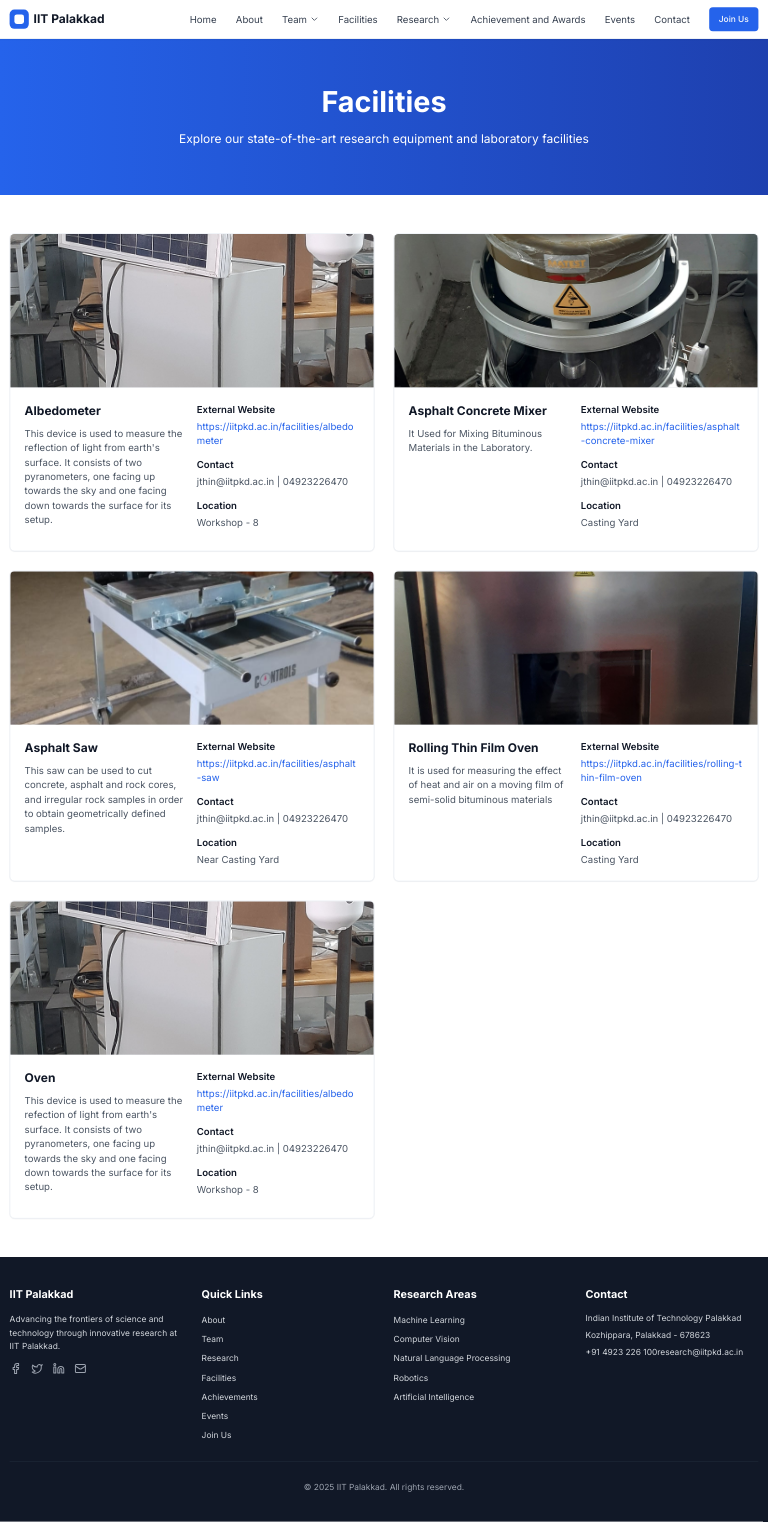
Repository: Gopikrish-30/ARISE
Page: /facilities
The author's editor kept a copy of each file at every save. The page is drawn from the files as they stood at one save, then again after the next save.
The browser window is 1280 px wide. The pictures show the whole page, at 60% of full size.
The project was rebuilt for these pictures with package versions that can differ from the ones it lists, and the page was loaded fresh each time. The framework's server and built-in components were replaced by stand-ins that run in the browser. Also part of the build but not shown: next.config.mjs.

Above is the page before, as saved 2025-06-27 22:51:44.

### app/layout.tsx
import type React from "react"
import type { Metadata } from "next"
import { Inter } from "next/font/google"
import "./globals.css"
import { Navbar } from "@/components/navbar"
import { Footer } from "@/components/footer"

const inter = Inter({ subsets: ["latin"] })

export const metadata: Metadata = {
  title: "IIT Palakkad - Department Showcase",
  description: "Advancing the frontiers of science and technology through innovative research at IIT Palakkad",
}

export default function RootLayout({
  children,
}: {
  children: React.ReactNode
}) {
  return (
    <html lang="en">
      <body className={inter.className}>
        <Navbar />
        <main className="min-h-screen">{children}</main>
        <Footer />
      </body>
    </html>
  )
}

### app/facilities/page.tsx
"use client"

import { Button } from "@/components/ui/button"
import { Card, CardContent } from "@/components/ui/card"
import { Badge } from "@/components/ui/badge"
import { Eye } from "lucide-react"
import { useState } from "react"

export default function FacilitiesPage() {
  const facilities = [
    {
      title: "Albedometer",
      description: "This device is used to measure the reflection of light from earth's surface. It consists of two pyranometers, one facing up towards the sky and one facing down towards the surface for its setup.",
      image: "/facilities/Albedometer_0.jpg?height=250&width=400&text=HPC+Cluster",
      externalLink: "https://iitpkd.ac.in/facilities/albedometer",
      contact: "jthin@iitpkd.ac.in | 04923226470",
      location: "Workshop - 8",
    },

    {
      title: "Asphalt Concrete Mixer",
      description: "It Used for Mixing Bituminous Materials in the Laboratory.",
      image: "/facilities/Asphalt-concrete-mixer.jpg?height=250&width=400&text=HPC+Cluster",
      externalLink: "https://iitpkd.ac.in/facilities/asphalt-concrete-mixer",
      contact: "jthin@iitpkd.ac.in | 04923226470",
      location: "Casting Yard",
    },

    {
      title: "Asphalt Saw",
      description: "This saw can be used to cut concrete, asphalt and rock cores, and irregular rock samples in order to obtain geometrically defined samples.",
      image: "/facilities/Asphalt saw.jpg?height=250&width=400&text=HPC+Cluster",
      externalLink: "https://iitpkd.ac.in/facilities/asphalt-saw",
      contact: "jthin@iitpkd.ac.in | 04923226470",
      location: "Near Casting Yard",
    },

    {
      title: "Rolling Thin Film Oven",
      description: "It is used for measuring the effect of heat and air on a moving film of semi-solid bituminous materials",
      image: "/facilities/RTFO.jpg?height=250&width=400&text=HPC+Cluster",
      externalLink: "https://iitpkd.ac.in/facilities/rolling-thin-film-oven",
      contact: "jthin@iitpkd.ac.in | 04923226470",
      location: "Casting Yard",
    },

    {
      title: "Oven",
      description: "This device is used to measure the refection of light from earth's surface. It consists of two pyranometers, one facing up towards the sky and one facing down towards the surface for its setup.",
      image: "/facilities/Albedometer_0.jpg?height=250&width=400&text=HPC+Cluster",
      externalLink: "https://iitpkd.ac.in/facilities/albedometer",
      contact: "jthin@iitpkd.ac.in | 04923226470",
      location: "Workshop - 8",
    },

  ]

  // Removed categories and filtering as per user request


  const handleViewDetails = (facility: any) => {
    // Navigate to detailed facility page or open modal
    window.location.href = `/facilities/${facility.title.toLowerCase().replace(/\s+/g, "-")}`
  }

  const handleBookFacility = (facility: any) => {
    // Open booking form or navigate to booking page
    const subject = encodeURIComponent(`Facility Booking Request - ${facility.title}`)
    const body = encodeURIComponent(
      `I would like to book the ${facility.title} facility.\n\nDetails:\n- Purpose: \n- Date: \n- Duration: \n\nBest regards,`,
    )
    window.location.href = `mailto:facilities@iitpkd.ac.in?subject=${subject}&body=${body}`
  }

  const filteredFacilities = facilities

  return (
    <div className="bg-white min-h-screen">
      {/* Hero Section */}
      <section className="bg-gradient-to-r from-blue-600 to-blue-800 text-white py-20">
        <div className="container mx-auto px-4 text-center">
          <h1 className="text-4xl md:text-5xl font-bold mb-6">Facilities</h1>
          <p className="text-xl max-w-3xl mx-auto">
            Explore our state-of-the-art research equipment and laboratory facilities
          </p>
        </div>
      </section>

      {/* Facilities Content */}
      <section className="py-16">
        <div className="container mx-auto px-4">


          {/* Facilities Grid */}
          <div className="grid md:grid-cols-2 gap-8">
            {filteredFacilities.map((facility, index) => (
              <Card key={index} className="overflow-hidden group hover:shadow-lg transition-shadow">
                <div className="h-64 bg-gray-200 relative overflow-hidden">
                  <a href={facility.image || "/placeholder.svg"} target="_blank" rel="noopener noreferrer">
                    <img
                      src={facility.image || "/placeholder.svg"}
                      alt={facility.title}
                      className="w-full h-full object-cover group-hover:scale-110 transition-transform duration-300"
                    />
                  </a>
                </div>

                  <CardContent className="p-6 grid grid-cols-1 md:grid-cols-2 gap-4">
                    <div>
                      <h3 className="text-xl font-bold text-gray-900 mb-3">{facility.title}</h3>
                      <p className="text-gray-600 mb-4">{facility.description}</p>



                    </div>

                    <div className="space-y-4">
                      <div>
                        <h4 className="font-semibold text-gray-900 mb-1">External Website</h4>
                        <a
                          href={facility.externalLink}
                          target="_blank"
                          rel="noopener noreferrer"
                          className="text-blue-600 hover:underline break-all"
                        >
                          {facility.externalLink}
                        </a>
                      </div>

                      <div>
                        <h4 className="font-semibold text-gray-900 mb-1">Contact</h4>
                        <p className="text-gray-600 break-all">{facility.contact}</p>
                      </div>

                      <div>
                        <h4 className="font-semibold text-gray-900 mb-1">Location</h4>
                        <p className="text-gray-600">{facility.location}</p>
                      </div>
                  </div>
                </CardContent>
              </Card>
            ))}
          </div>
        </div>
      </section>
    </div>
  )
}

### app/globals.css
@tailwind base;
@tailwind components;
@tailwind utilities;

@layer base {
  :root {
    --background: 0 0% 100%;
    --foreground: 222.2 84% 4.9%;
    --card: 0 0% 100%;
    --card-foreground: 222.2 84% 4.9%;
    --popover: 0 0% 100%;
    --popover-foreground: 222.2 84% 4.9%;
    --primary: 221.2 83.2% 53.3%;
    --primary-foreground: 210 40% 98%;
    --secondary: 210 40% 96%;
    --secondary-foreground: 222.2 84% 4.9%;
    --muted: 210 40% 96%;
    --muted-foreground: 215.4 16.3% 46.9%;
    --accent: 210 40% 96%;
    --accent-foreground: 222.2 84% 4.9%;
    --destructive: 0 84.2% 60.2%;
    --destructive-foreground: 210 40% 98%;
    --border: 214.3 31.8% 91.4%;
    --input: 214.3 31.8% 91.4%;
    --ring: 221.2 83.2% 53.3%;
    --radius: 0.5rem;
  }

  .dark {
    --background: 222.2 84% 4.9%;
    --foreground: 210 40% 98%;
    --card: 222.2 84% 4.9%;
    --card-foreground: 210 40% 98%;
    --popover: 222.2 84% 4.9%;
    --popover-foreground: 210 40% 98%;
    --primary: 217.2 91.2% 59.8%;
    --primary-foreground: 222.2 84% 4.9%;
    --secondary: 217.2 32.6% 17.5%;
    --secondary-foreground: 210 40% 98%;
    --muted: 217.2 32.6% 17.5%;
    --muted-foreground: 215 20.2% 65.1%;
    --accent: 217.2 32.6% 17.5%;
    --accent-foreground: 210 40% 98%;
    --destructive: 0 62.8% 30.6%;
    --destructive-foreground: 210 40% 98%;
    --border: 217.2 32.6% 17.5%;
    --input: 217.2 32.6% 17.5%;
    --ring: 224.3 76.3% 94.1%;
  }
}

@layer base {
  * {
    @apply border-border;
  }
  body {
    @apply bg-background text-foreground;
  }
}

@layer utilities {
  .line-clamp-3 {
    display: -webkit-box;
    -webkit-line-clamp: 3;
    -webkit-box-orient: vertical;
    overflow: hidden;
  }
}

### components/footer.tsx
"use client"

import Link from "next/link"
import { Facebook, Twitter, Linkedin, Mail } from "lucide-react"

export function Footer() {
  const handleSocialClick = (platform: string) => {
    const socialLinks = {
      facebook: "https://facebook.com/iitpalakkad",
      twitter: "https://twitter.com/iitpalakkad",
      linkedin: "https://linkedin.com/school/iit-palakkad",
      email: "mailto:info@iitpkd.ac.in",
    }

    if (platform === "email") {
      window.location.href = socialLinks.email
    } else {
      window.open(socialLinks[platform], "_blank", "noopener,noreferrer")
    }
  }

  return (
    <footer className="bg-gray-900 text-white">
      <div className="container mx-auto px-4 py-12">
        <div className="grid md:grid-cols-4 gap-8">
          {/* About */}
          <div>
            <h3 className="text-lg font-bold mb-4">IIT Palakkad</h3>
            <p className="text-gray-300 text-sm leading-relaxed mb-4">
              Advancing the frontiers of science and technology through innovative research at IIT Palakkad.
            </p>
            <div className="flex space-x-4">
              <Facebook
                className="w-5 h-5 text-gray-400 hover:text-white cursor-pointer transition-colors"
                onClick={() => handleSocialClick("facebook")}
              />
              <Twitter
                className="w-5 h-5 text-gray-400 hover:text-white cursor-pointer transition-colors"
                onClick={() => handleSocialClick("twitter")}
              />
              <Linkedin
                className="w-5 h-5 text-gray-400 hover:text-white cursor-pointer transition-colors"
                onClick={() => handleSocialClick("linkedin")}
              />
              <Mail
                className="w-5 h-5 text-gray-400 hover:text-white cursor-pointer transition-colors"
                onClick={() => handleSocialClick("email")}
              />
            </div>
          </div>

          {/* Quick Links */}
          <div>
            <h3 className="text-lg font-bold mb-4">Quick Links</h3>
            <ul className="space-y-2">
              <li>
                <Link href="/about" className="text-gray-300 hover:text-white text-sm">
                  About
                </Link>
              </li>
              <li>
                <Link href="/team" className="text-gray-300 hover:text-white text-sm">
                  Team
                </Link>
              </li>
              <li>
                <Link href="/research" className="text-gray-300 hover:text-white text-sm">
                  Research
                </Link>
              </li>
              <li>
                <Link href="/facilities" className="text-gray-300 hover:text-white text-sm">
                  Facilities
                </Link>
              </li>
              <li>
                <Link href="/achievements" className="text-gray-300 hover:text-white text-sm">
                  Achievements
                </Link>
              </li>
              <li>
                <Link href="/events" className="text-gray-300 hover:text-white text-sm">
                  Events
                </Link>
              </li>
              <li>
                <Link href="/join-us" className="text-gray-300 hover:text-white text-sm">
                  Join Us
                </Link>
              </li>
            </ul>
          </div>

          {/* Research Areas */}
          <div>
            <h3 className="text-lg font-bold mb-4">Research Areas</h3>
            <ul className="space-y-2">
              <li>
                <span className="text-gray-300 text-sm">Machine Learning</span>
              </li>
              <li>
                <span className="text-gray-300 text-sm">Computer Vision</span>
              </li>
              <li>
                <span className="text-gray-300 text-sm">Natural Language Processing</span>
              </li>
              <li>
                <span className="text-gray-300 text-sm">Robotics</span>
              </li>
              <li>
                <span className="text-gray-300 text-sm">Artificial Intelligence</span>
              </li>
            </ul>
          </div>

          {/* Contact */}
          <div>
            <h3 className="text-lg font-bold mb-4">Contact</h3>
            <div className="space-y-2 text-sm text-gray-300">
              <p>Indian Institute of Technology Palakkad</p>
              <p>Kozhippara, Palakkad - 678623</p>
              <button
                onClick={() => (window.location.href = "tel:+914923226100")}
                className="hover:text-white transition-colors cursor-pointer"
              >
                +91 4923 226 100
              </button>
              <button
                onClick={() => (window.location.href = "mailto:research@iitpkd.ac.in")}
                className="hover:text-white transition-colors cursor-pointer"
              >
                research@iitpkd.ac.in
              </button>
            </div>
          </div>
        </div>

        <div className="border-t border-gray-800 mt-8 pt-8 text-center">
          <p className="text-gray-400 text-sm">© {new Date().getFullYear()} IIT Palakkad. All rights reserved.</p>
        </div>
      </div>
    </footer>
  )
}

### components/ui/card.tsx
import * as React from "react"

import { cn } from "@/lib/utils"

const Card = React.forwardRef<
  HTMLDivElement,
  React.HTMLAttributes<HTMLDivElement>
>(({ className, ...props }, ref) => (
  <div
    ref={ref}
    className={cn(
      "rounded-lg border bg-card text-card-foreground shadow-sm",
      className
    )}
    {...props}
  />
))
Card.displayName = "Card"

const CardHeader = React.forwardRef<
  HTMLDivElement,
  React.HTMLAttributes<HTMLDivElement>
>(({ className, ...props }, ref) => (
  <div
    ref={ref}
    className={cn("flex flex-col space-y-1.5 p-6", className)}
    {...props}
  />
))
CardHeader.displayName = "CardHeader"

const CardTitle = React.forwardRef<
  HTMLDivElement,
  React.HTMLAttributes<HTMLDivElement>
>(({ className, ...props }, ref) => (
  <div
    ref={ref}
    className={cn(
      "text-2xl font-semibold leading-none tracking-tight",
      className
    )}
    {...props}
  />
))
CardTitle.displayName = "CardTitle"

const CardDescription = React.forwardRef<
  HTMLDivElement,
  React.HTMLAttributes<HTMLDivElement>
>(({ className, ...props }, ref) => (
  <div
    ref={ref}
    className={cn("text-sm text-muted-foreground", className)}
    {...props}
  />
))
CardDescription.displayName = "CardDescription"

const CardContent = React.forwardRef<
  HTMLDivElement,
  React.HTMLAttributes<HTMLDivElement>
>(({ className, ...props }, ref) => (
  <div ref={ref} className={cn("p-6 pt-0", className)} {...props} />
))
CardContent.displayName = "CardContent"

const CardFooter = React.forwardRef<
  HTMLDivElement,
  React.HTMLAttributes<HTMLDivElement>
>(({ className, ...props }, ref) => (
  <div
    ref={ref}
    className={cn("flex items-center p-6 pt-0", className)}
    {...props}
  />
))
CardFooter.displayName = "CardFooter"

export { Card, CardHeader, CardFooter, CardTitle, CardDescription, CardContent }

### components/ui/button.tsx
import * as React from "react"
import { Slot } from "@radix-ui/react-slot"
import { cva, type VariantProps } from "class-variance-authority"

import { cn } from "@/lib/utils"

const buttonVariants = cva(
  "inline-flex items-center justify-center gap-2 whitespace-nowrap rounded-md text-sm font-medium ring-offset-background transition-colors focus-visible:outline-none focus-visible:ring-2 focus-visible:ring-ring focus-visible:ring-offset-2 disabled:pointer-events-none disabled:opacity-50 [&_svg]:pointer-events-none [&_svg]:size-4 [&_svg]:shrink-0",
  {
    variants: {
      variant: {
        default: "bg-primary text-primary-foreground hover:bg-primary/90",
        destructive:
          "bg-destructive text-destructive-foreground hover:bg-destructive/90",
        outline:
          "border border-input bg-background hover:bg-accent hover:text-accent-foreground",
        secondary:
          "bg-secondary text-secondary-foreground hover:bg-secondary/80",
        ghost: "hover:bg-accent hover:text-accent-foreground",
        link: "text-primary underline-offset-4 hover:underline",
      },
      size: {
        default: "h-10 px-4 py-2",
        sm: "h-9 rounded-md px-3",
        lg: "h-11 rounded-md px-8",
        icon: "h-10 w-10",
      },
    },
    defaultVariants: {
      variant: "default",
      size: "default",
    },
  }
)

export interface ButtonProps
  extends React.ButtonHTMLAttributes<HTMLButtonElement>,
    VariantProps<typeof buttonVariants> {
  asChild?: boolean
}

const Button = React.forwardRef<HTMLButtonElement, ButtonProps>(
  ({ className, variant, size, asChild = false, ...props }, ref) => {
    const Comp = asChild ? Slot : "button"
    return (
      <Comp
        className={cn(buttonVariants({ variant, size, className }))}
        ref={ref}
        {...props}
      />
    )
  }
)
Button.displayName = "Button"

export { Button, buttonVariants }

Loaded but not shown: lib/utils.ts (common file); tailwind.config.ts (common file); components/ui/dropdown-menu.tsx (200 lines, source omitted); components/navbar.tsx (136 lines, source omitted)

After the next save:
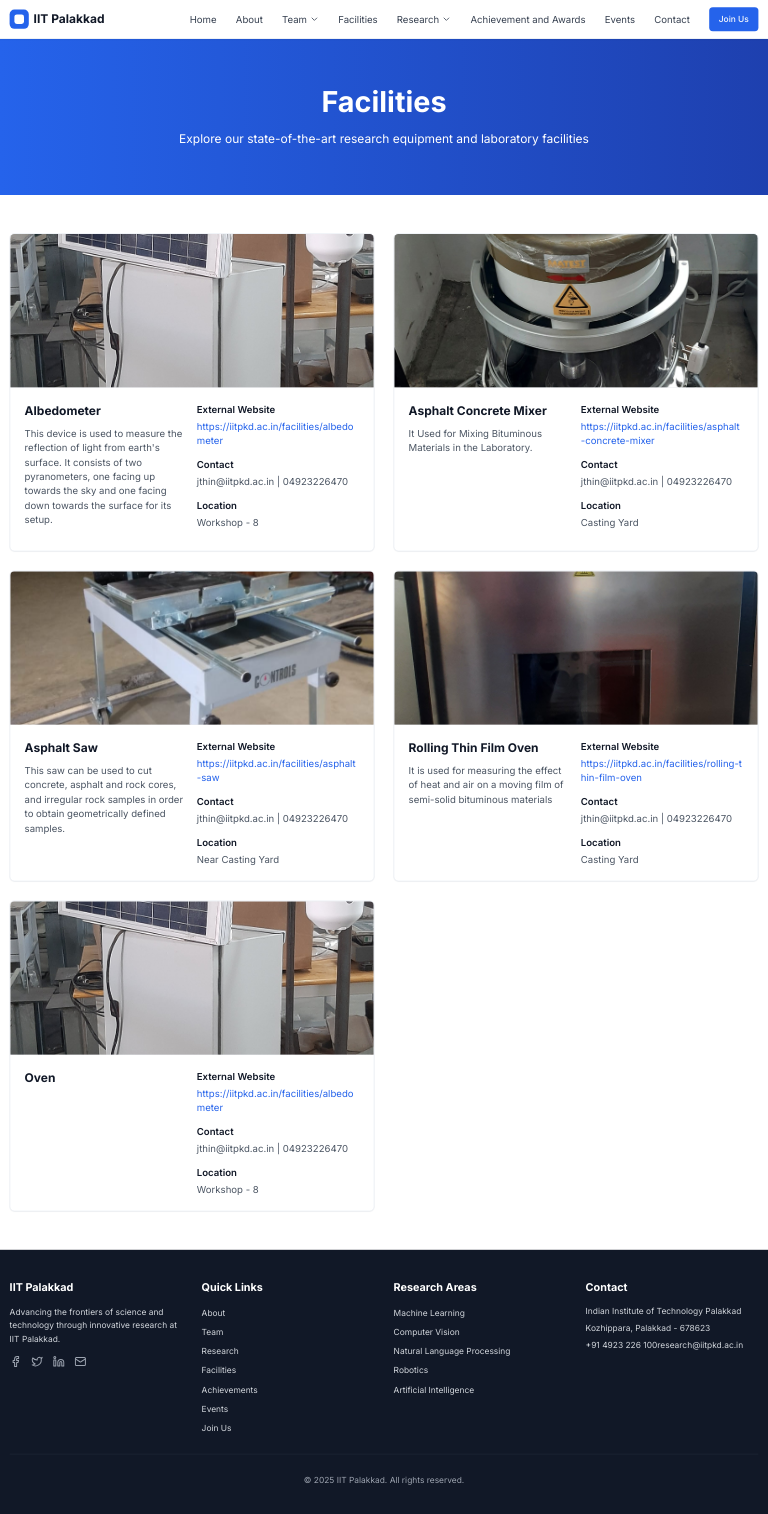
Saved 9 s later.
--- a/app/facilities/page.tsx
+++ b/app/facilities/page.tsx
@@ -46,7 +46,7 @@
 
     {
       title: "Oven",
-      description: "This device is used to measure the refection of light from earth's surface. It consists of two pyranometers, one facing up towards the sky and one facing down towards the surface for its setup.",
+      description: "",
       image: "/facilities/Albedometer_0.jpg?height=250&width=400&text=HPC+Cluster",
       externalLink: "https://iitpkd.ac.in/facilities/albedometer",
       contact: "jthin@iitpkd.ac.in | 04923226470",
